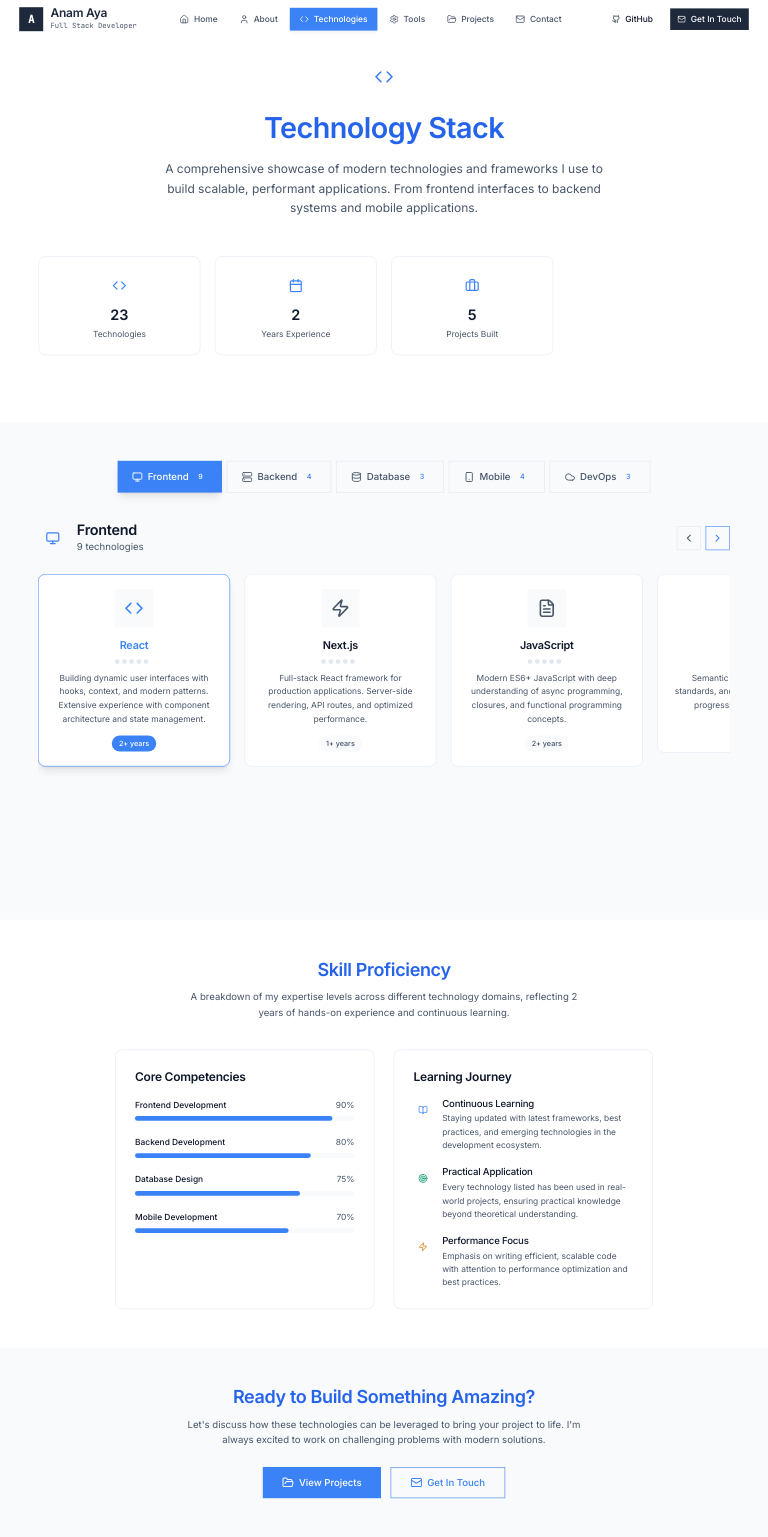
Repository: ayaaas/portflio_aya
Page: /technologies-interactive-stack-showcase
An editor plug-in stored every save of this project. The page is shown before and after the next save, followed by the edit.
The browser window is 1280 px wide. The pictures show the whole page, at 60% of full size.
The project was rebuilt for these pictures with package versions that can differ from the ones it lists, and the page was loaded fresh each time. Also part of the build but not shown: vite.config.mjs, src/components/ErrorBoundary.jsx, src/components/AppImage.jsx, src/pages/hero-section-developer-portfolio/components/ProfileImage.jsx, src/pages/hero-section-developer-portfolio/components/AnimatedText.jsx, src/pages/hero-section-developer-portfolio/components/HeroContent.jsx, src/pages/hero-section-developer-portfolio/components/BackgroundPattern.jsx, src/pages/hero-section-developer-portfolio/components/ScrollIndicator.jsx and 23 more.

Above is the page before, as saved 2025-07-20 01:39:15.

After the next save:
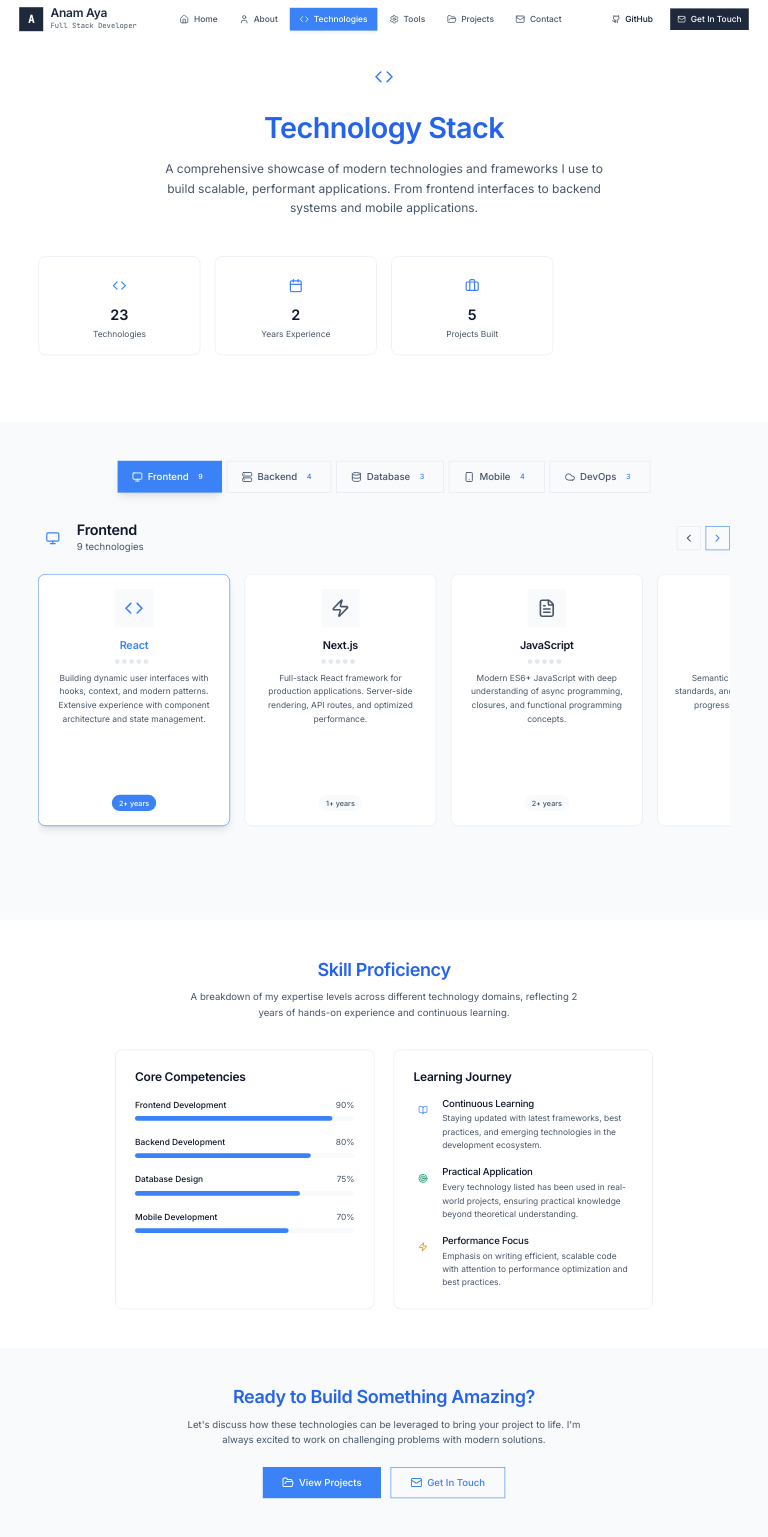
Saved 10 min 29 s later.
--- a/src/pages/technologies-interactive-stack-showcase/components/TechnologyCard.jsx
+++ b/src/pages/technologies-interactive-stack-showcase/components/TechnologyCard.jsx
@@ -10,6 +10,7 @@ const TechnologyCard = ({ technology, isActive, onClick }) => {
           ? 'border-accent shadow-lg bg-accent/5'
           : 'border-border hover:border-accent/50 hover:shadow-md'
       }`}
+      style={{ width: '320px', height: '420px', boxSizing: 'border-box', display: 'flex', flexDirection: 'column' }}
     >
       {/* Technology Icon */}
       <div className="flex items-center justify-center w-16 h-16 mx-auto mb-4 rounded-lg bg-surface group-hover:bg-accent/10 transition-all-300">
@@ -49,12 +50,22 @@ const TechnologyCard = ({ technology, isActive, onClick }) => {
       </div>
 
       {/* Description */}
-      <p className="text-sm text-text-secondary text-center leading-relaxed mb-4">
+      <p
+        className="text-sm text-text-secondary text-center leading-relaxed mb-4"
+        style={{
+          flexGrow: 1,
+          overflow: 'hidden',
+          display: '-webkit-box',
+          WebkitLineClamp: 4, // show max 4 lines, change as needed
+          WebkitBoxOrient: 'vertical',
+          textOverflow: 'ellipsis',
+        }}
+      >
         {technology.description}
       </p>
 
       {/* Experience Badge */}
-      <div className="flex items-center justify-center">
+      <div className="flex items-center justify-center mt-auto">
         <span className={`px-3 py-1 rounded-full text-xs font-medium transition-all-300 ${
           isActive
             ? 'bg-accent text-accent-foreground'
